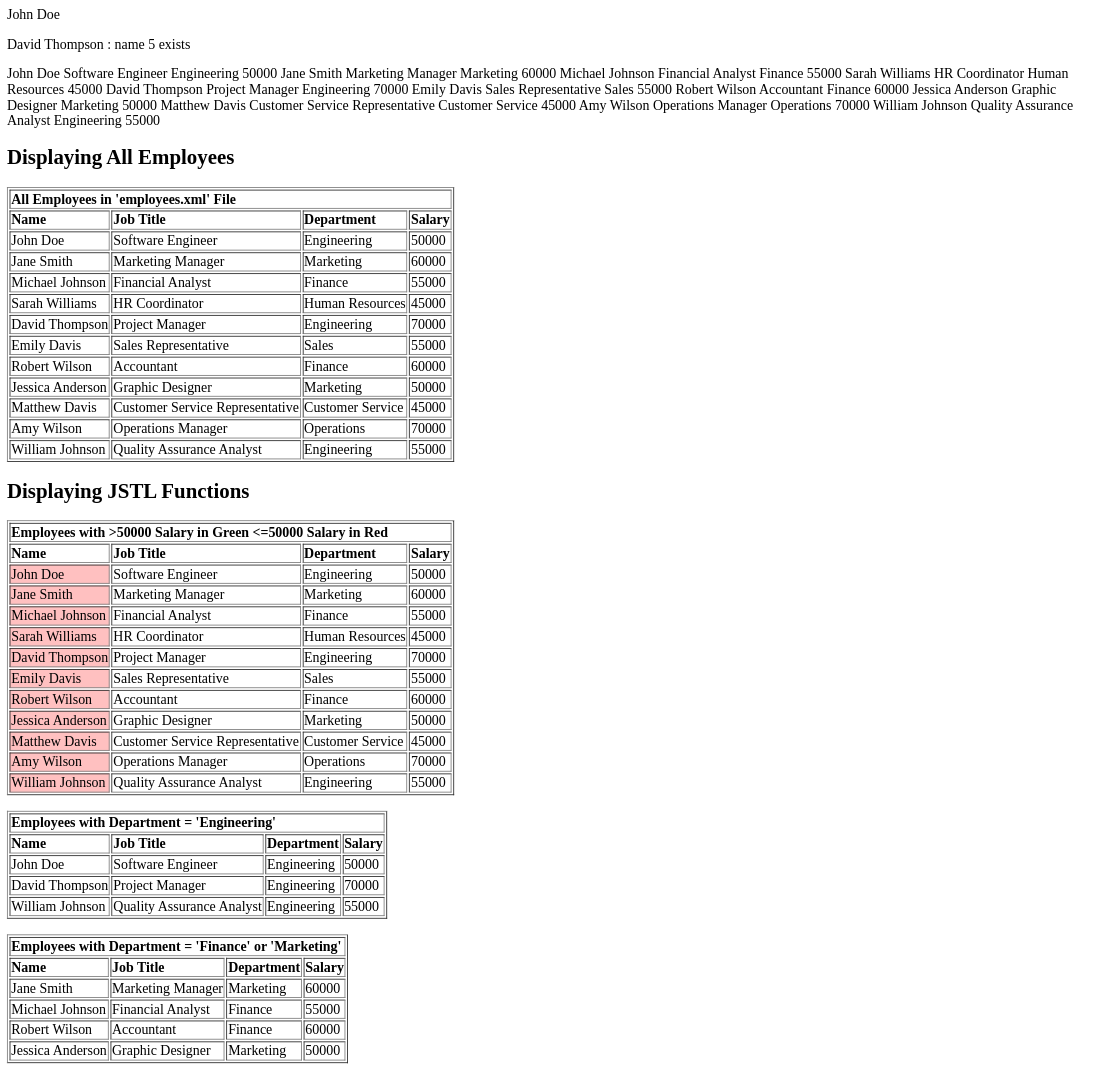
Repository: bkyncl/csd-430
Page: http://localhost/kyncl_mod9/
These files come from the project's save history. The page is drawn as it stood at one moment and after the next save; the edit follows.
The browser window is 1280 px wide. The pictures show the whole page, at 87% of full size.
The page is served by Tomcat 9.

Above is the page before, as saved 2023-07-05 05:31:50.

### kyncl_mod9/src/main/webapp/index.jsp
<%@ page language="java" contentType="text/html; charset=ISO-8859-1" pageEncoding="ISO-8859-1"%>
<%@taglib uri="http://java.sun.com/jsp/jstl/core" prefix="c"%>
<%@taglib uri="http://java.sun.com/jsp/jstl/xml" prefix="x"%>
<%@taglib uri="http://java.sun.com/jsp/jstl/fmt" prefix="fmt"%>
<html>
<head>
	<title>Parsing employees.xml</title>
	<style>th {text-align:left}</style>
</head>
<body>
	<c:import url="employees.xml" var="employeeData"/>
	<x:parse xml="${employeeData}" var="dom"/>


	<!-- Testing purposes -->
	<x:out select="$dom/employees/employee[1]/name" />
	<x:if select="$dom/employees/employee[5]/name" >
		<p><x:out select="$dom/employees/employee[5]/name" /> : name 5 exists</p>
	</x:if>

	<x:forEach var="employee" select="$dom/employees/employee">
		<x:out select="$employee/name"/>
		<x:out select="$employee/jobTitle"/>
		<x:out select="$employee/department"/>
		<x:out select="$employee/salary"/>
	</x:forEach>

	<x:choose>
		<x:when select="$dom/employees/employee[1]/salary>50000">
			salary = 50000
		</x:when>
	</x:choose>

	<!-- Testing purposes -->
	<h2>Displaying All Employees</h2>
	<table border="1">
		<tr>
			<th colspan="4">All Employees in 'employees.xml' File</th>
		</tr>
		<tr>
			 <th>Name</th>
			 <th>Job Title</th>
			 <th>Department</th>
			 <th>Salary</th>
		</tr>
		<x:forEach var="employee" select="$dom/employees/employee">
		<tr>
		  	<td><x:out select="$employee/name"/></td>
			<td><x:out select="$employee/jobTitle"/></td>
			<td><x:out select="$employee/department"/></td>
			<td><x:out select="$employee/salary"/></td>

		</x:forEach>
	</table>


	<h2>Displaying JSTL Functions</h2>
	<table border="1">
	    <tr>
	        <th colspan="4">Employees with >50000 Salary in Green <=50000 Salary in Red</th>
	    </tr>
	    <tr>
	        <th>Name</th>
	        <th>Job Title</th>
	        <th>Department</th>
	        <th>Salary</th>
	    </tr>
	    <x:forEach var="employee" select="$dom/employees/employee">
	        <tr>
	            <x:choose>
	                <x:when select="$employee/salary>50000">
	                    <x:set var="rowColor" select="'#BDFCB1'" />
	                </x:when>
	                <x:when select="$employee/salary<=50000">
	                    <x:set var="rowColor" select="'#FFC0C0'" />
	                </x:when>
	                <x:otherwise>
	                    <x:set var="rowColor" select="'transparent'" />
	                </x:otherwise>
	            </x:choose>
	            <td style="background-color: #FFC0C0;"><x:out select="$employee/name"/></td>
	            <td style="background-color: {$rowColor};"><x:out select="$employee/jobTitle"/></td>
	            <td style="background-color: {$rowColor};"><x:out select="$employee/department"/></td>
	            <td style="background-color: {$rowColor};"><x:out select="$employee/salary"/></td>
	        </tr>
	    </x:forEach>
	</table>
    <br>
    <table border="1">
	    <tr>
	        <th colspan="4">Employees with Department = 'Engineering'</th>
	    </tr>
	    <tr>
	        <th>Name</th>
	        <th>Job Title</th>
	        <th>Department</th>
	        <th>Salary</th>
	    </tr>
	    <x:forEach var="employee" select="$dom/employees/employee">
	        <x:choose>
	            <x:when select="$employee/department='Engineering'">
	                <tr>
	                    <td><x:out select="$employee/name"/></td>
	                    <td><x:out select="$employee/jobTitle"/></td>
	                    <td><x:out select="$employee/department"/></td>
	                    <td><x:out select="$employee/salary"/></td>
	                </tr>
	            </x:when>
	        </x:choose>
	    </x:forEach>
	</table>
	<br>
	<table border="1">
	    <tr>
	        <th colspan="4">Employees with Department = 'Finance' or 'Marketing'</th>
	    </tr>
	    <tr>
	        <th>Name</th>
	        <th>Job Title</th>
	        <th>Department</th>
	        <th>Salary</th>
	    </tr>
	    <x:forEach var="employee" select="$dom/employees/employee">
	        <x:choose>
	            <x:when select="$employee/department='Finance' or $employee/department='Marketing'">
	                <tr>
	                    <td><x:out select="$employee/name"/></td>
	                    <td><x:out select="$employee/jobTitle"/></td>
	                    <td><x:out select="$employee/department"/></td>
	                    <td><x:out select="$employee/salary"/></td>
	                </tr>
	            </x:when>
	        </x:choose>
	    </x:forEach>
	</table>

</body>
</html>

### kyncl_mod9/src/main/webapp/employees.xml
<?xml version="1.0" encoding="UTF-8"?>
<employees>
  <employee>
    <name>John Doe</name>
    <jobTitle>Software Engineer</jobTitle>
    <department>Engineering</department>
    <salary>50000</salary>
  </employee>
  <employee>
    <name>Jane Smith</name>
    <jobTitle>Marketing Manager</jobTitle>
    <department>Marketing</department>
    <salary>60000</salary>
  </employee>
  <employee>
    <name>Michael Johnson</name>
    <jobTitle>Financial Analyst</jobTitle>
    <department>Finance</department>
    <salary>55000</salary>
  </employee>
  <employee>
    <name>Sarah Williams</name>
    <jobTitle>HR Coordinator</jobTitle>
    <department>Human Resources</department>
    <salary>45000</salary>
  </employee>
  <employee>
    <name>David Thompson</name>
    <jobTitle>Project Manager</jobTitle>
    <department>Engineering</department>
    <salary>70000</salary>
  </employee>
  <employee>
    <name>Emily Davis</name>
    <jobTitle>Sales Representative</jobTitle>
    <department>Sales</department>
    <salary>55000</salary>
  </employee>
  <employee>
    <name>Robert Wilson</name>
    <jobTitle>Accountant</jobTitle>
    <department>Finance</department>
    <salary>60000</salary>
  </employee>
  <employee>
    <name>Jessica Anderson</name>
    <jobTitle>Graphic Designer</jobTitle>
    <department>Marketing</department>
    <salary>50000</salary>
  </employee>
  <employee>
    <name>Matthew Davis</name>
    <jobTitle>Customer Service Representative</jobTitle>
    <department>Customer Service</department>
    <salary>45000</salary>
  </employee>
  <employee>
    <name>Amy Wilson</name>
    <jobTitle>Operations Manager</jobTitle>
    <department>Operations</department>
    <salary>70000</salary>
  </employee>
  <employee>
    <name>William Johnson</name>
    <jobTitle>Quality Assurance Analyst</jobTitle>
    <department>Engineering</department>
    <salary>55000</salary>
  </employee>
</employees>

After the next save:
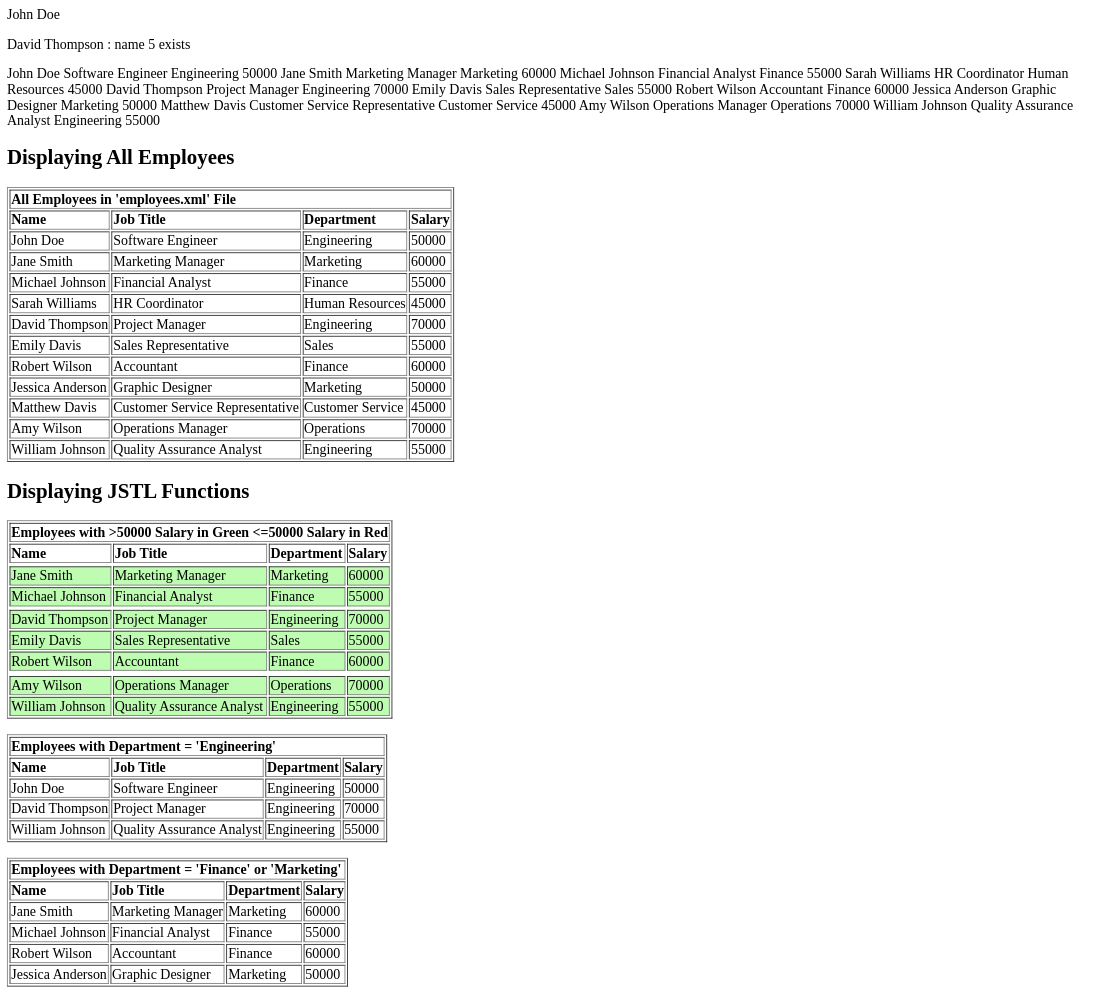
Saved 86 s later.
--- a/kyncl_mod9/src/main/webapp/index.jsp
+++ b/kyncl_mod9/src/main/webapp/index.jsp
@@ -69,7 +69,10 @@
 	        <tr>
 	            <x:choose>
 	                <x:when select="$employee/salary>50000">
-	                    <x:set var="rowColor" select="'#BDFCB1'" />
+	                	<td style="background-color: #BDFCB1;"><x:out select="$employee/name"/></td>
+			            <td style="background-color: #BDFCB1;"><x:out select="$employee/jobTitle"/></td>
+			            <td style="background-color: #BDFCB1;"><x:out select="$employee/department"/></td>
+			            <td style="background-color: #BDFCB1;"><x:out select="$employee/salary"/></td>
 	                </x:when>
 	                <x:when select="$employee/salary<=50000">
 	                    <x:set var="rowColor" select="'#FFC0C0'" />
@@ -78,10 +81,6 @@
 	                    <x:set var="rowColor" select="'transparent'" />
 	                </x:otherwise>
 	            </x:choose>
-	            <td style="background-color: #FFC0C0;"><x:out select="$employee/name"/></td>
-	            <td style="background-color: {$rowColor};"><x:out select="$employee/jobTitle"/></td>
-	            <td style="background-color: {$rowColor};"><x:out select="$employee/department"/></td>
-	            <td style="background-color: {$rowColor};"><x:out select="$employee/salary"/></td>
 	        </tr>
 	    </x:forEach>
 	</table>
